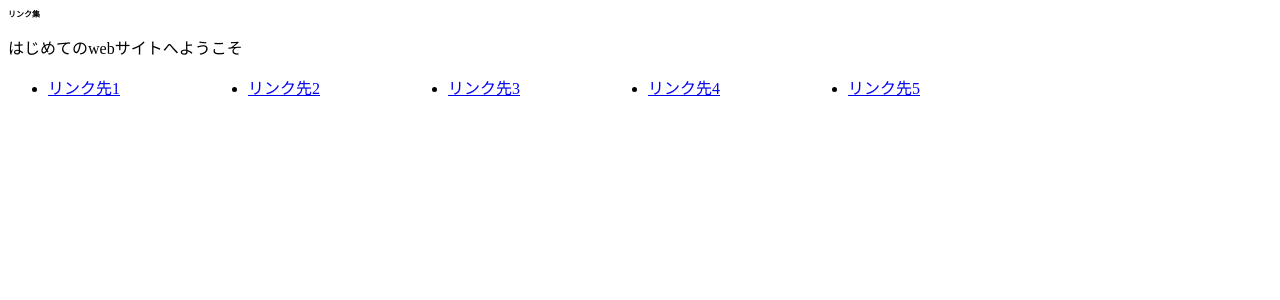
Repository: taku-su/kadai4
Page: html/css_intro/kadai.html
The author's editor kept a record of every edit. The page is drawn from the files as they stood at one moment, then again after the next edit.
The browser window is 1280 px wide. The pictures show the whole page.

Above is the page before.

After the next edit:
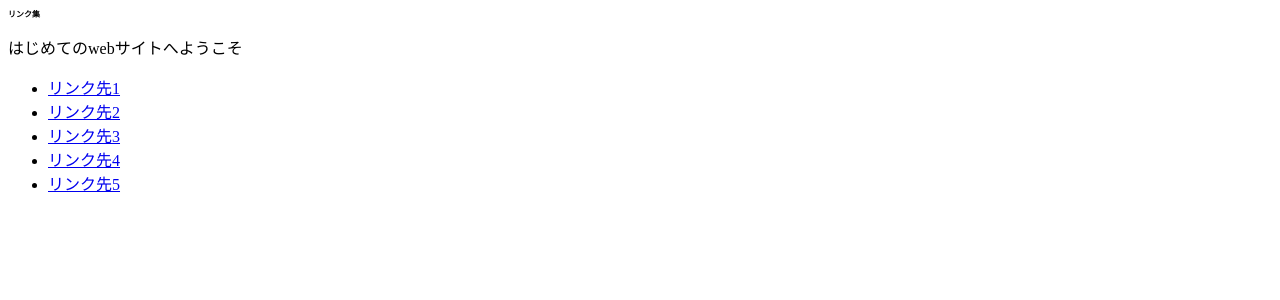
The edit:
--- a/html/css_intro/kadai.html
+++ b/html/css_intro/kadai.html
@@ -9,7 +9,7 @@
        <h1 class="mini">リンク集</h1>
       <p>はじめてのwebサイトへようこそ</p>
       <div>
-      <ul class="list">
+      <ul id="list">
       <li><a href="#">リンク先1</a> </li>
       <li><a href="#">リンク先2</a> </li>
       <li><a href="#">リンク先3</a> </li>

After the edit that followed:
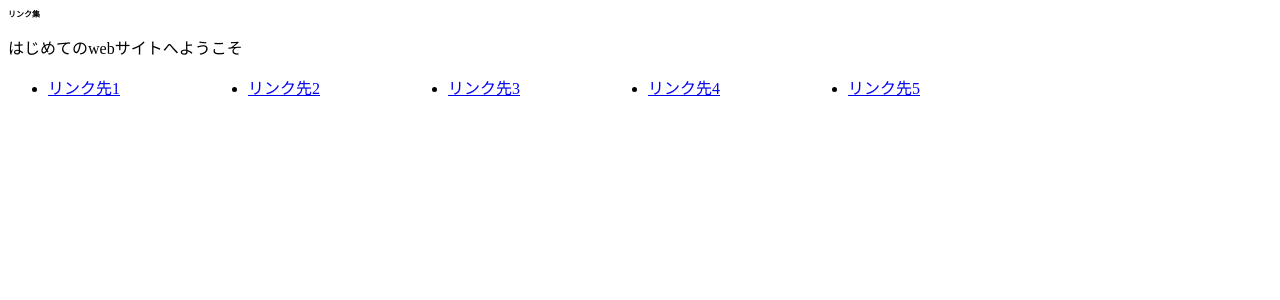
The edit:
--- a/html/css_intro/kadai.html
+++ b/html/css_intro/kadai.html
@@ -9,7 +9,7 @@
        <h1 class="mini">リンク集</h1>
       <p>はじめてのwebサイトへようこそ</p>
       <div>
-      <ul id="list">
+      <ul class="list">
       <li><a href="#">リンク先1</a> </li>
       <li><a href="#">リンク先2</a> </li>
       <li><a href="#">リンク先3</a> </li>
